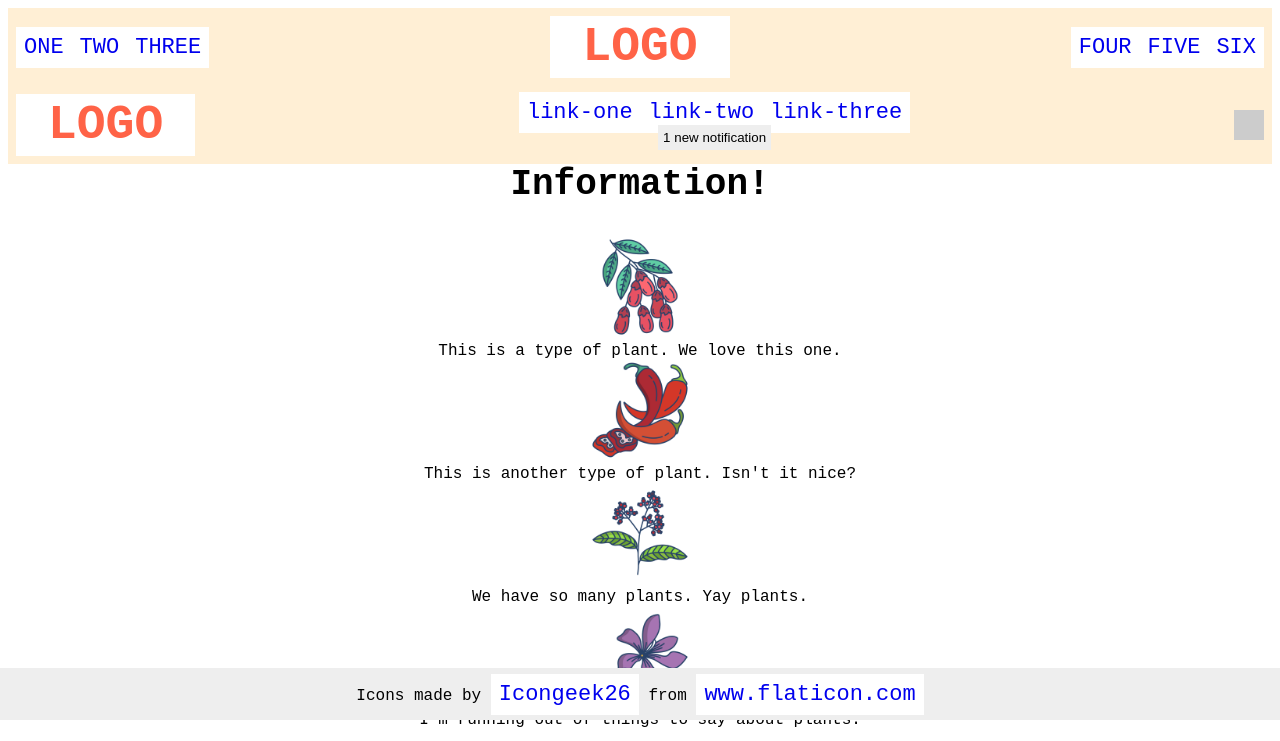
Repository: HeliosAI9/First-test-website
Page: mywebsite/html-boilerplate/pages/flex.html
An editor plug-in stored every save of this project. The page is shown before and after the next save, followed by the edit.
The browser window is 1280 px wide. The pictures show the whole page.
Some web fonts or font styles are not loaded; a fallback is used.

Above is the page before, as saved 2023-06-10 05:43:37.

### mywebsite/html-boilerplate/pages/flex.html
<!DOCTYPE html>
<html lang="en">
  <head>
    <meta charset="UTF-8">
    <meta http-equiv="X-UA-Compatible" content="IE=edge">
    <meta name="viewport" content="width=device-width, initial-scale=1.0">
    <title>Flex Header</title>
    <link rel="stylesheet" href="../css/flex.css">
  </head>
  <body>
    <div class="header">
      <div class="left-links">
        <ul>
          <li><a href="#">ONE</a></li>
          <li><a href="#">TWO</a></li>
          <li><a href="#">THREE</a></li>
        </ul>
      </div>
      <div class="logo">LOGO</div>
      <div class="right-links">
        <ul>
          <li><a href="#">FOUR</a></li>
          <li><a href="#">FIVE</a></li>
          <li><a href="#">SIX</a></li>
        </ul>
      </div>
    </div>

    <header class="header">
        <div class="logo">
          LOGO
        </div>
        <nav class="nav">
          <ul class="links">
            <li><a href="google.com">link-one</a></li>
            <li><a href="google.com">link-two</a></li>
            <li><a href="google.com">link-three</a></li>
          </ul>
          <button class="notifications">
            1 new notification
          </button>
        </nav>
        <div class="profile-image"></div>
      </header>
  </body>
  <body>
    <div class="title">Information!</div>

    <img src="../images/barberry.png" alt="barberry">
    <div class="text">This is a type of plant. We love this one.</div>
    <img src="../images/chilli.png" alt="chili">
    <div class="text">This is another type of plant. Isn't it nice?</div>

    <img src="../images/pepper.png" alt="pepper">
    <div class="text">We have so many plants. Yay plants.</div>

    <img src="../images/saffron.png" alt="saffron">
    <div class="text">I'm running out of things to say about plants.</div>

    <!-- disregard this section, it's here to give attribution to the creator of these icons -->
    <div class="footer">
      <div>Icons made by <a href="https://www.flaticon.com/authors/icongeek26" title="Icongeek26">Icongeek26</a> from <a href="https://www.flaticon.com/" title="Flaticon">www.flaticon.com</a></div>
    </div>
  </body>
</html>

### mywebsite/html-boilerplate/css/flex.css
@import url('https://fonts.googleapis.com/css2?family=Besley:ital,wght@0,400;1,900&display=swap');

.header {
    display: flex;
    justify-content: space-between;
    align-items: center;
    background: papayawhip;
    padding: 8px;
    font-family: 'Besley', monospace;
  }

  .logo {
    font-size: 48px;
    font-weight: 900;
    color: tomato;
    background: white;
    padding: 4px 32px;
  }

  ul {
    list-style-type: none;
    display: flex;
    margin: 0;
    padding: 0;
  }

  a {
    font-size: 22px;
    background: white;
    padding: 8px;
    text-decoration: none;
  }

  .notifications {
    background-color: #eee;
    border: none;
    padding: 5px;
  }

  .profile-image {
    width: 30px;
    height: 30px;
    background-color: #ccc;
  }

  body {
    font-family: 'Courier New', Courier, monospace;
    text-align: center;
  }

  img {
    width: 100px;
    height: 100px;
    display: start;
  }

  .title {
    font-size: 36px;
    font-weight: 900;
    margin-bottom: 32px;
  }
  .container {
    display: flex;
    justify-content: center;
    gap: 52px;
  }

  .info {
    max-width: 200px;
  }

  /* do not edit this footer */
  .footer {
    position: fixed;
    bottom: 0;
    left: 0;
    right: 0;
    height: 52px;
    display: flex;
    align-items: center;
    justify-content: center;
    background: #eee;
  }

After the next save:
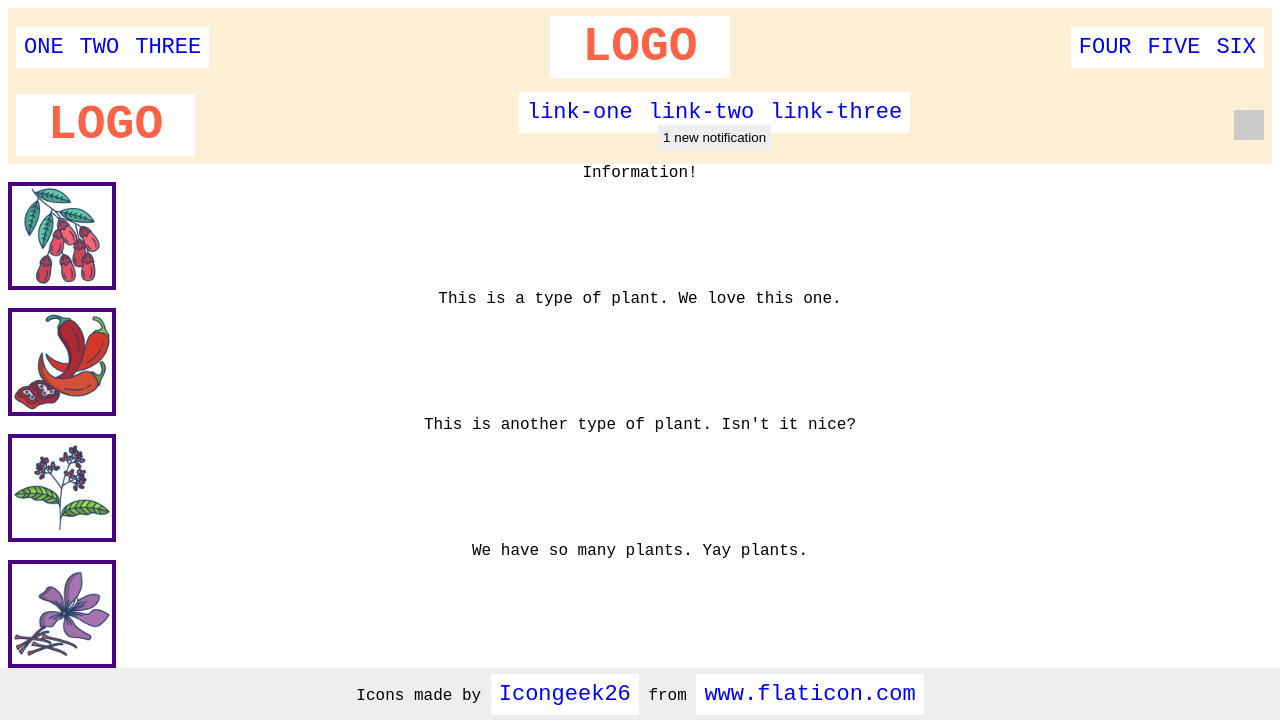
Saved 3 min 14 s later.
--- a/mywebsite/html-boilerplate/css/flex.css
+++ b/mywebsite/html-boilerplate/css/flex.css
@@ -52,6 +52,13 @@
     width: 100px;
     height: 100px;
     display: start;
+    border: 4px solid indigo;
+    display: flex;
+    align-items: center;
+    justify-content: center;
+    gap: 8px;
+}
+
   }
 
   .title {
